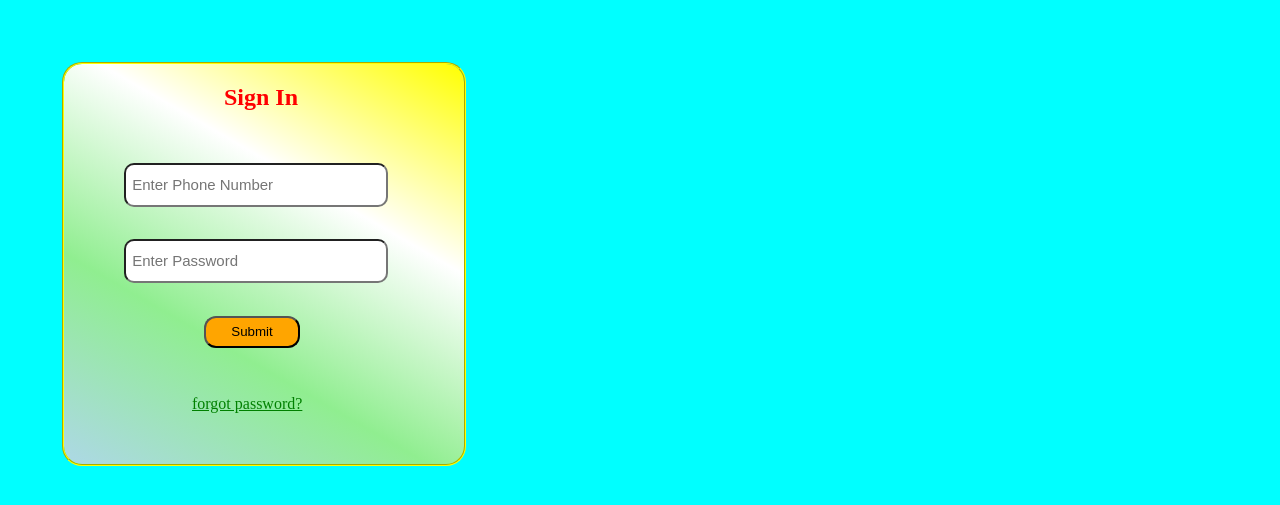
Repository: Amani-Kibet/express-app-web
Page: public/Card.html
An editor plug-in stored every save of this project. The page is shown before and after the next save, followed by the edit.
The browser window is 1280 px wide. The pictures show the whole page.

Above is the page before, as saved 2025-09-25 21:34:15.

### public/Card.html
<!DOCTYPE html>
<head>
  <title> Login Page</title>
  <style>
  #board{
    background: linear-gradient(30deg, lightblue, lightgreen, white, yellow);
    width: 25rem;
    height: 25rem;
    border-radius: 18px;
    outline: 2px groove yellow;
    position: absolute;
    top: 4rem;
    left: 4rem;
  }
  h2{
    color: red;
    position: relative;
    left: 10rem
  }
  .inputs{
    width: 16rem;
    height: 38px;
    position: relative;
    left: 60px;
    margin-top: 2rem;
    border-radius: 10px;
    color: blue;
    font-size: 15px
  }
  #submit{
    background: orange;
    position: relative;
    width: 6rem;
    height: 2rem;
    top: 70px;
    right: 8rem;
    border-radius: 12px;
  }
  #link1{
    position: relative;
    top: 7rem;
    left: 8rem;
    color: green;
  }
  </style>
</head>
<body bgColor="cyan">
  <div id="board">
    <h2>Sign In</h2>
    <input type="number" class="inputs" id="phoneI" placeholder=" Enter Phone Number">
    <input type="password" class="inputs" id="passI" placeholder=" Enter Password">
  <button id="submit">Submit</button>
  <a id="link1" href="http:localhost3000">forgot password?<a>
  </div>
</body>
<script>
  let input1= document.getElementById("input1");
  let btn1= document.getElementById("btn1");

  function f1(){
    let file= input1.files[0];
    let env= new FormData();
    env.append("image", file)

    fetch("http://localhost:3000/path1", {
      method: "POST",
      body: env
    })
  }


</script>
</html>

After the next save:
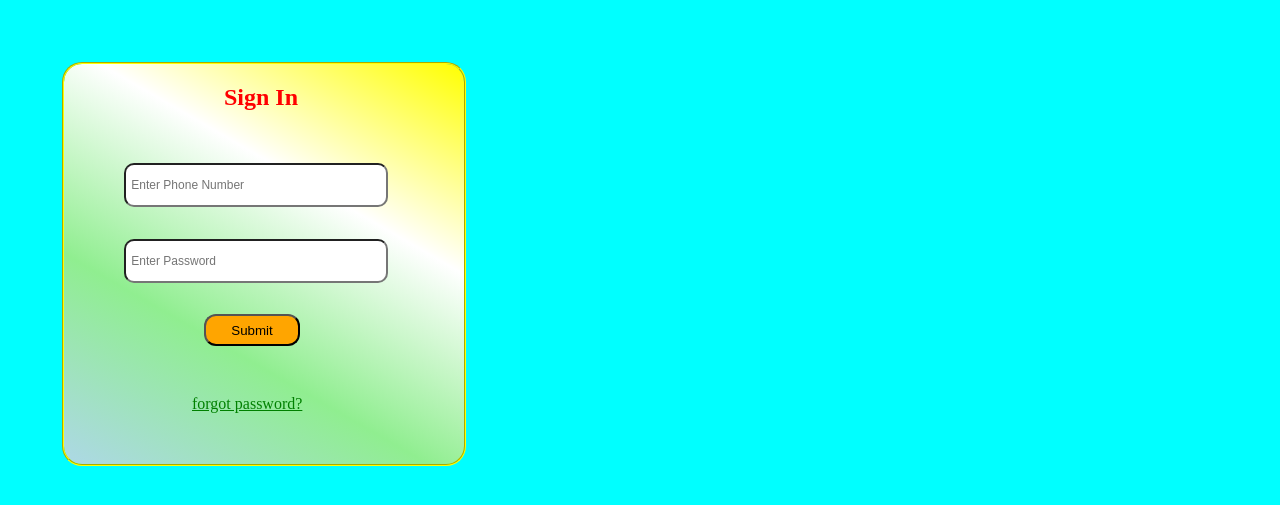
Saved 12 s later.
--- a/public/Card.html
+++ b/public/Card.html
@@ -25,7 +25,7 @@
     margin-top: 2rem;
     border-radius: 10px;
     color: blue;
-    font-size: 15px
+    font-size: 12px
   }
   #submit{
     background: orange;
